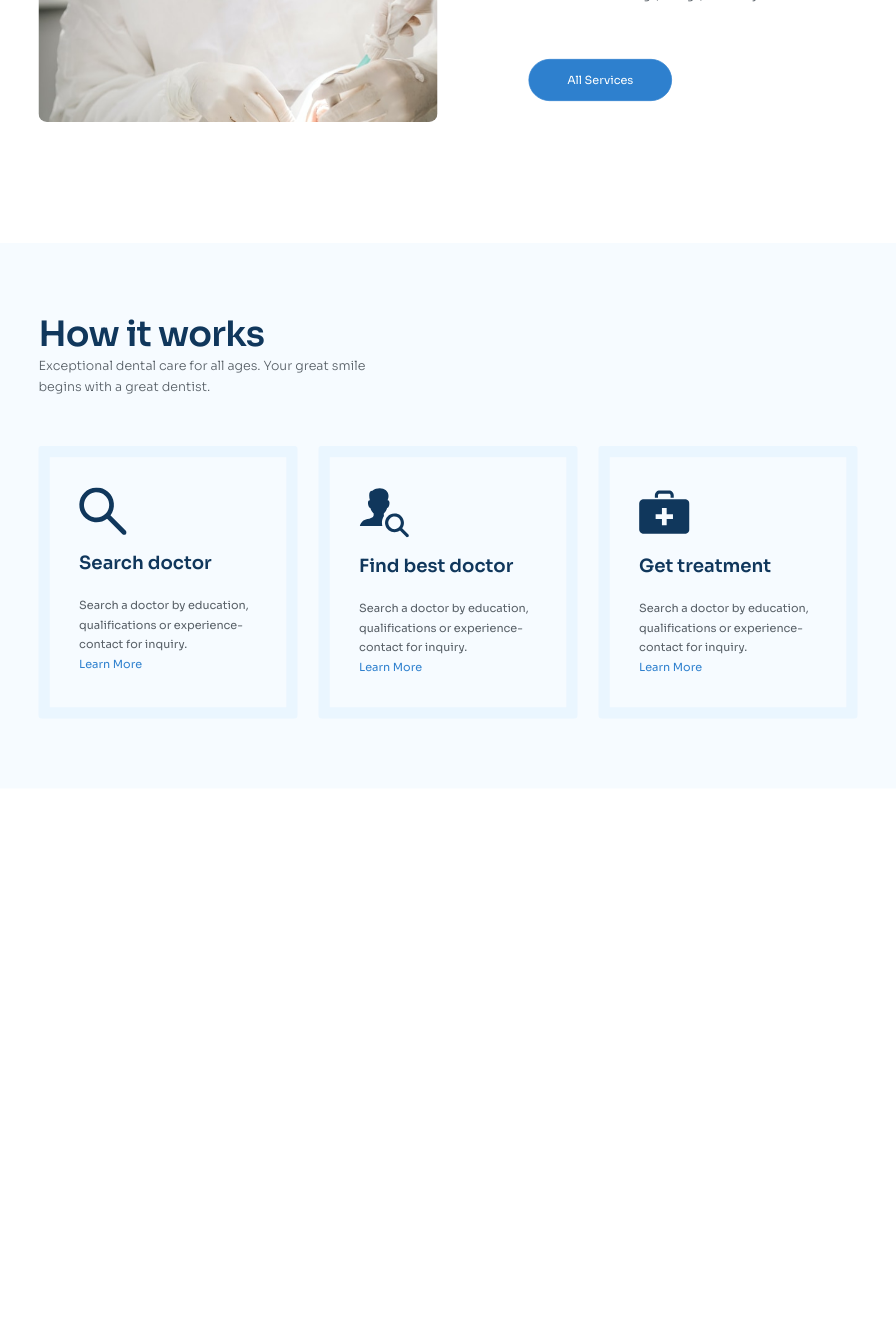
Repository: Tran-Dat/F8_Project_03
Page: index.html
The author's editor kept a copy of each file at every save. The page is drawn from the files as they stood at one save, then again after the next save.
The browser window is 1280 px wide. The pictures show the part of the page from y = 1555 to 3475 px (the page is 3800 px tall), at 70% of full size.

Above is the page before, as saved 2023-04-03 15:52:57.

After the next save:
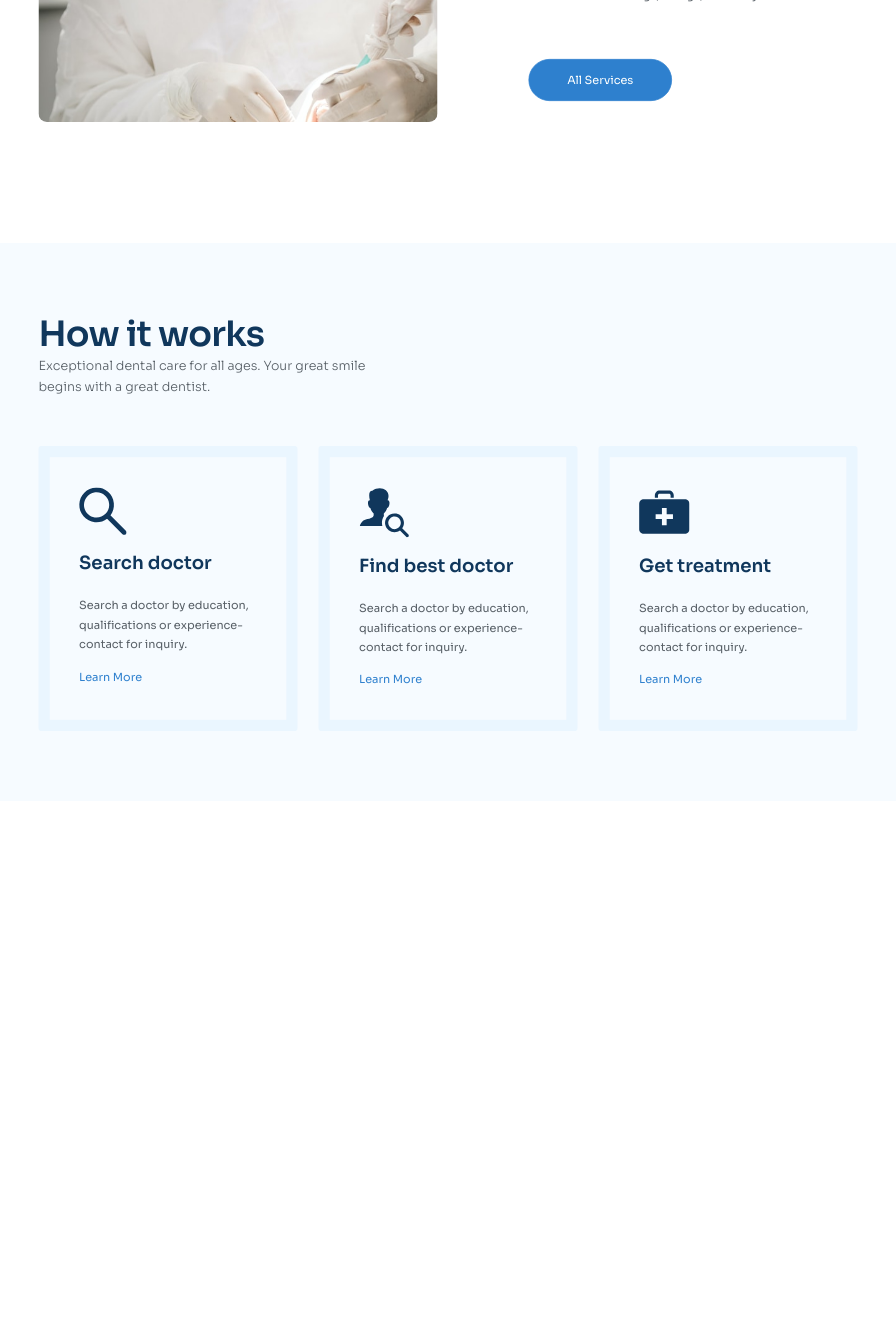
Saved 24 s later.
--- a/assets/css/style.css
+++ b/assets/css/style.css
@@ -365,10 +365,10 @@ a {
     font-size: 1.6rem;
     line-height: 1.75;
     color: #575f66;
+    margin-bottom: 18px;
 }
 
 .work__more {
-    padding-top: 18px;
     font-weight: 400;
     font-size: 1.6rem;
     line-height: 1.75;
